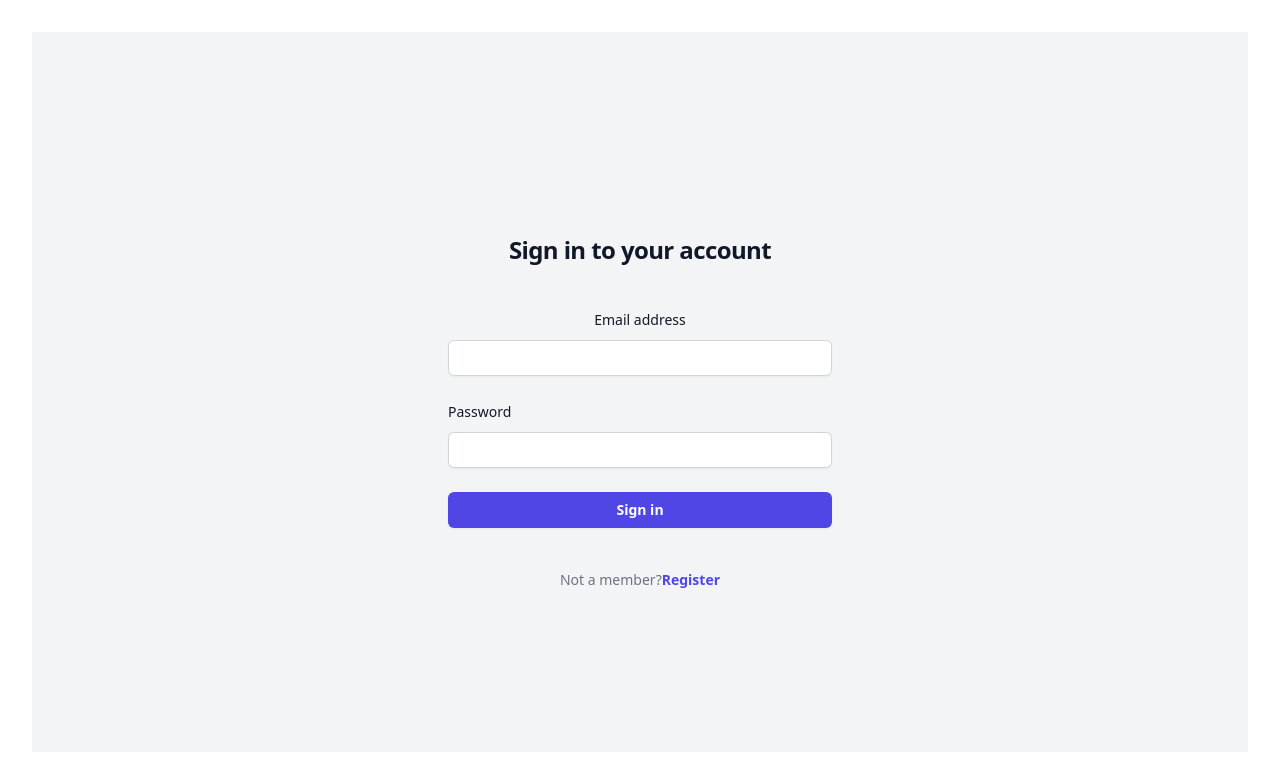
Repository: Wafaabahgat/Formik_React
Page: /
An editor plug-in stored every save of this project. The page is shown before and after a run of saves, followed by the edit.
The browser window is 1280 px wide. The pictures show the whole page.
The project was rebuilt for these pictures with package versions that can differ from the ones it lists, and the page was loaded fresh each time. Also part of the build but not shown: vite.config.ts.

Above is the page before, as saved 2024-02-13 20:55:46.

After the next 3 saves:
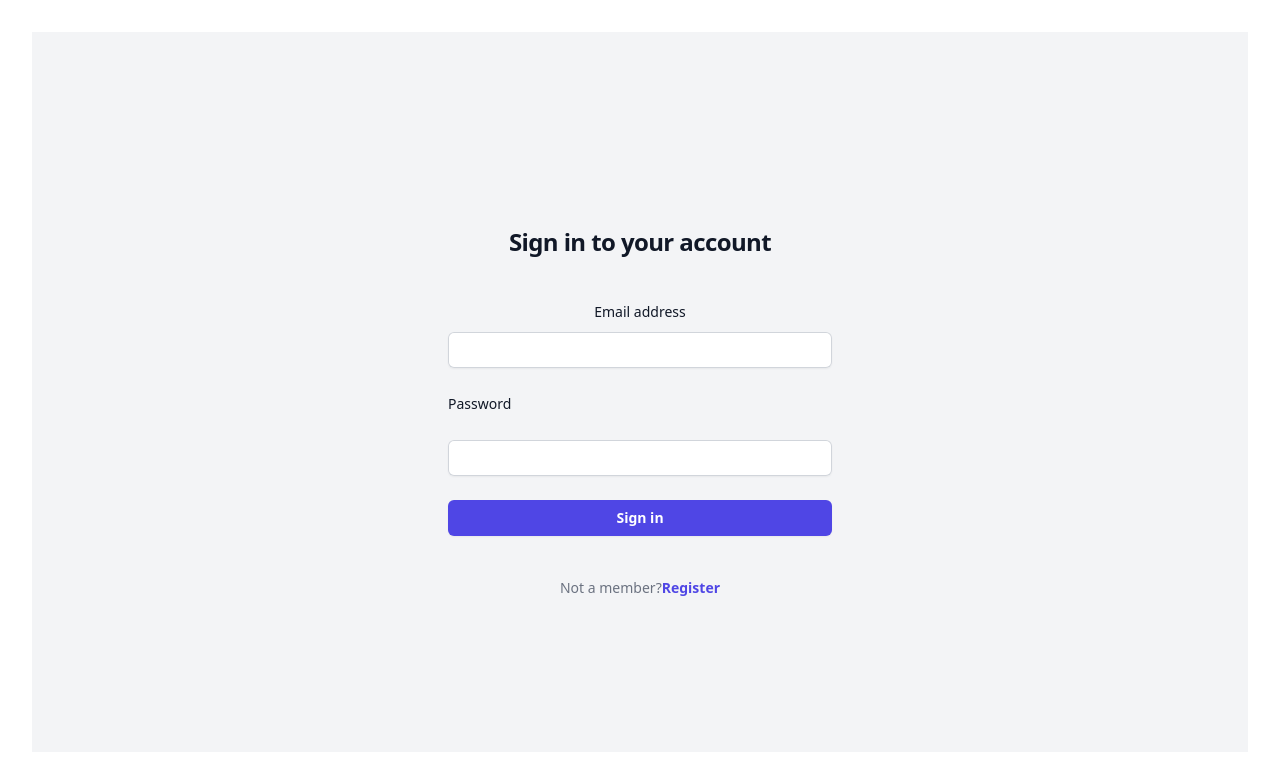
The 3 saves are shown as one change because they came seconds apart.
The last was saved 55 s later.
--- a/src/components/RegistrationForm.jsx
+++ b/src/components/RegistrationForm.jsx
@@ -62,25 +62,23 @@ const RegistrationForm = () => {
             </div>
           </div>
 
-          <div>
-            <div className="flex items-center justify-between">
-              <label
-                htmlFor="password"
-                className="block text-sm font-medium leading-6 text-gray-900"
-              >
-                Password
-              </label>
-            </div>
-            <div className="mt-2">
-              <input
-                id="password"
-                name="password"
-                type="password"
-                autoComplete="current-password"
-                required
-                className="block w-full rounded-md border-0 py-1.5 text-gray-900 shadow-sm ring-1 ring-inset ring-gray-300 placeholder:text-gray-400 focus:ring-2 focus:ring-inset focus:ring-indigo-600 sm:text-sm sm:leading-6"
-              />
-            </div>
+          <div className="flex items-center justify-between">
+            <label
+              htmlFor="password"
+              className="block text-sm font-medium leading-6 text-gray-900"
+            >
+              Password
+            </label>
+          </div>
+          <div className="mt-2">
+            <input
+              id="password"
+              name="password"
+              type="password"
+              autoComplete="current-password"
+              required
+              className="block w-full rounded-md border-0 py-1.5 text-gray-900 shadow-sm ring-1 ring-inset ring-gray-300 placeholder:text-gray-400 focus:ring-2 focus:ring-inset focus:ring-indigo-600 sm:text-sm sm:leading-6"
+            />
           </div>
 
           <div>
